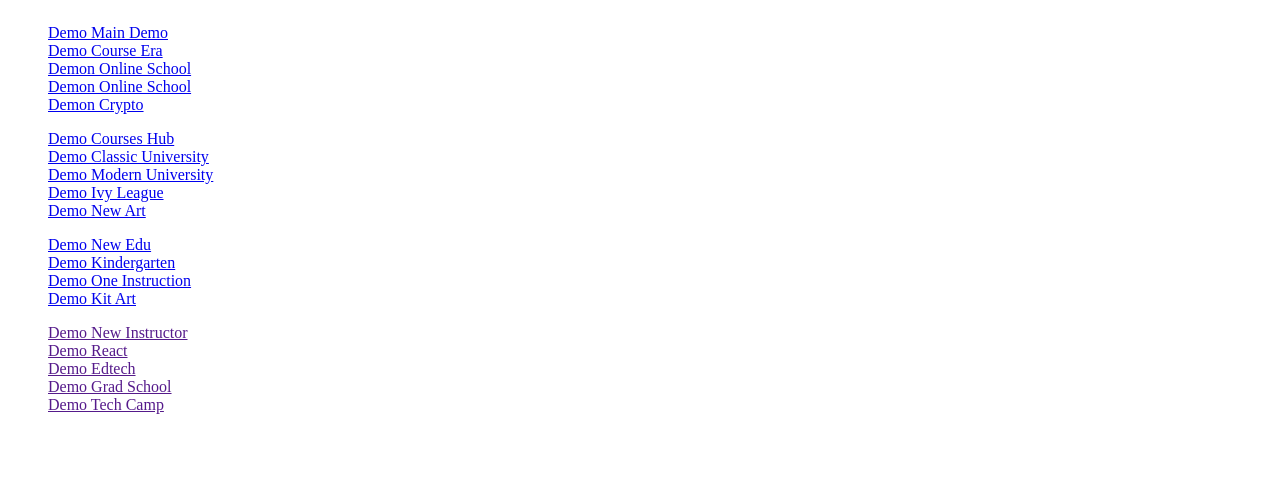
Repository: ibrkhalil/EduWebsite
Page: test.html
These files come from the project's save history. The page is drawn as it stood at one moment and after a run of saves; the edit follows.
The browser window is 1280 px wide. The pictures show the whole page.

Above is the page before, as saved 2020-11-18 15:09:28.

After the next 3 saves:
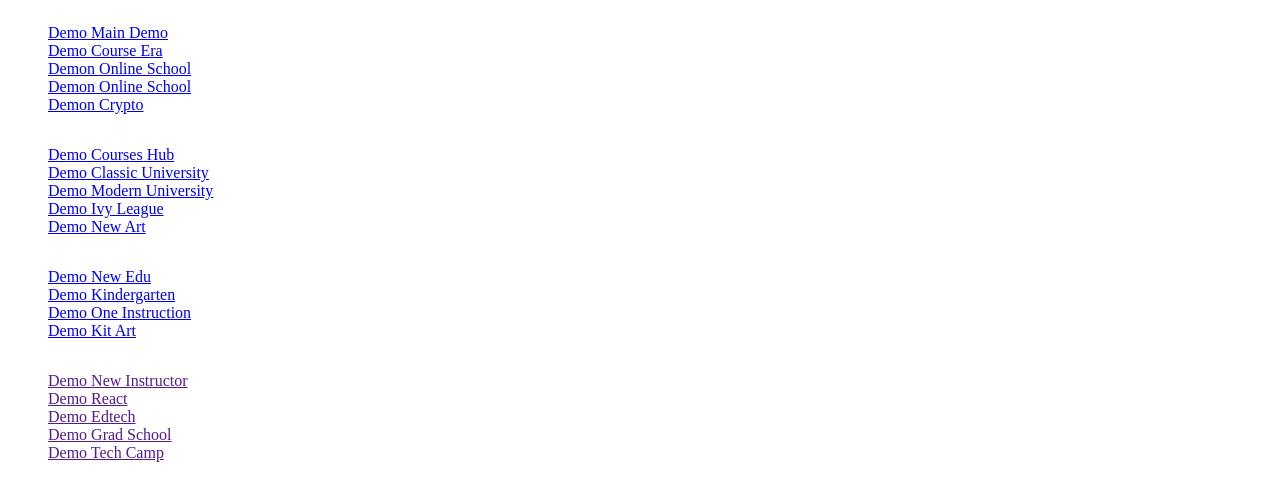
The 3 saves are shown as one change because they came seconds apart.
The last was saved 8 s later.
--- a/test.html
+++ b/test.html
@@ -6,8 +6,8 @@
     <title>Document</title>
 </head>
 <body>
-    <div class="dd1"></div>
-    <ul class="dd1">
+    <div class="dd1">
+    <ul>
         <li><a href="#">Demo Main Demo</a></li>
         <li><a href="#">Demo Course Era</a></li>
         <li><a href="#">Demon Online School</a></li>
@@ -35,6 +35,7 @@
         <li><a href="">Demo Grad School</a></li>
         <li><a href="">Demo Tech Camp</a></li>
     </ul>
+</div>
 </body>
 <style>
     .dd1{
